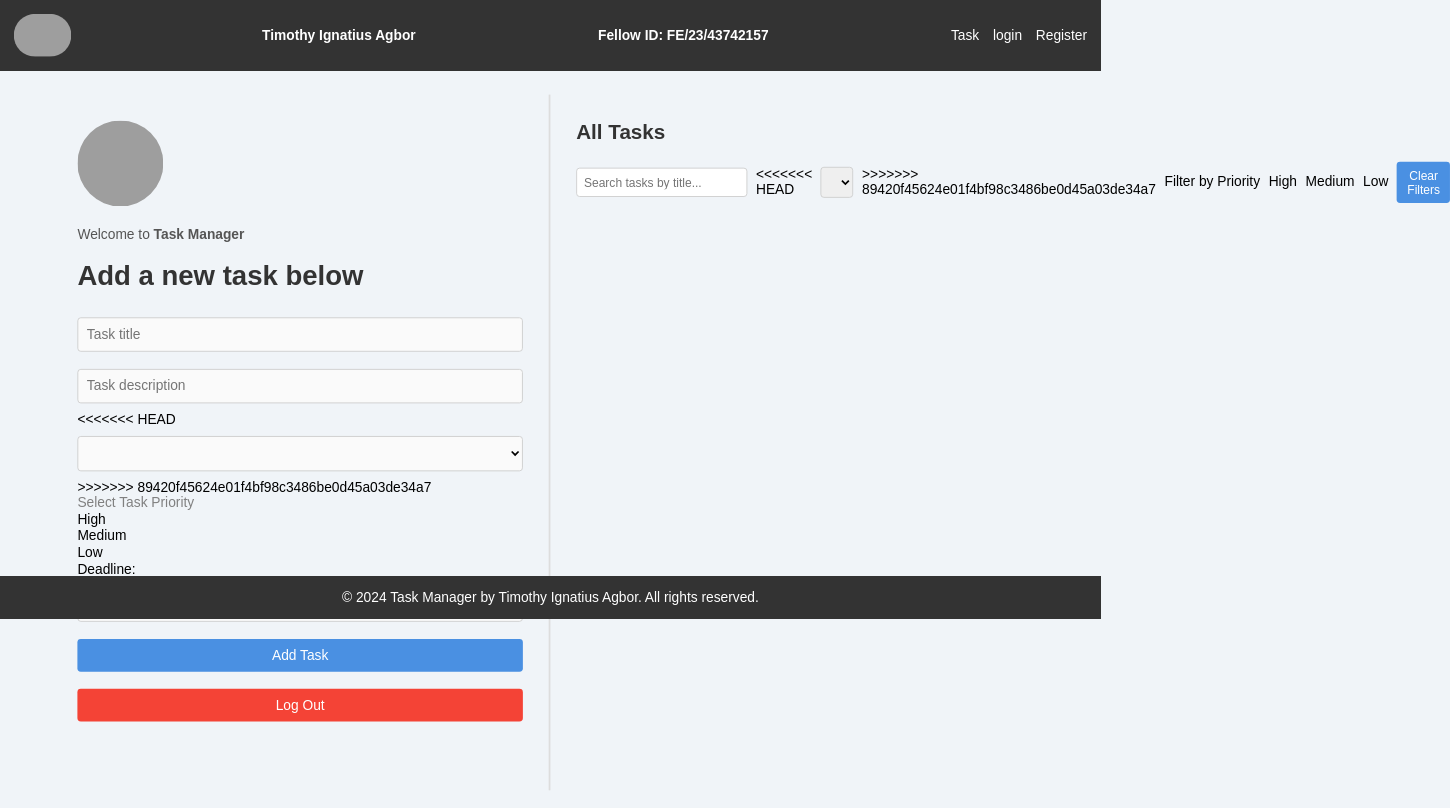
Repository: Evendors/TaskManager-app
Page: task.html
The author's editor kept a copy of each file at every save. The page is drawn from the files as they stood at one save, then again after the next save.
The browser window is 1280 px wide. The page is 1686 px wide, then 1335 px, so the pictures cover 1686 px, including what lies to the right of the window. The pictures show the whole page, at 86% of full size.
Pictures or frames that could not be fetched are drawn as grey boxes. The page's requests for data from a server got no answer.

Above is the page before, as saved 2024-12-02 21:15:03.

After the next save:
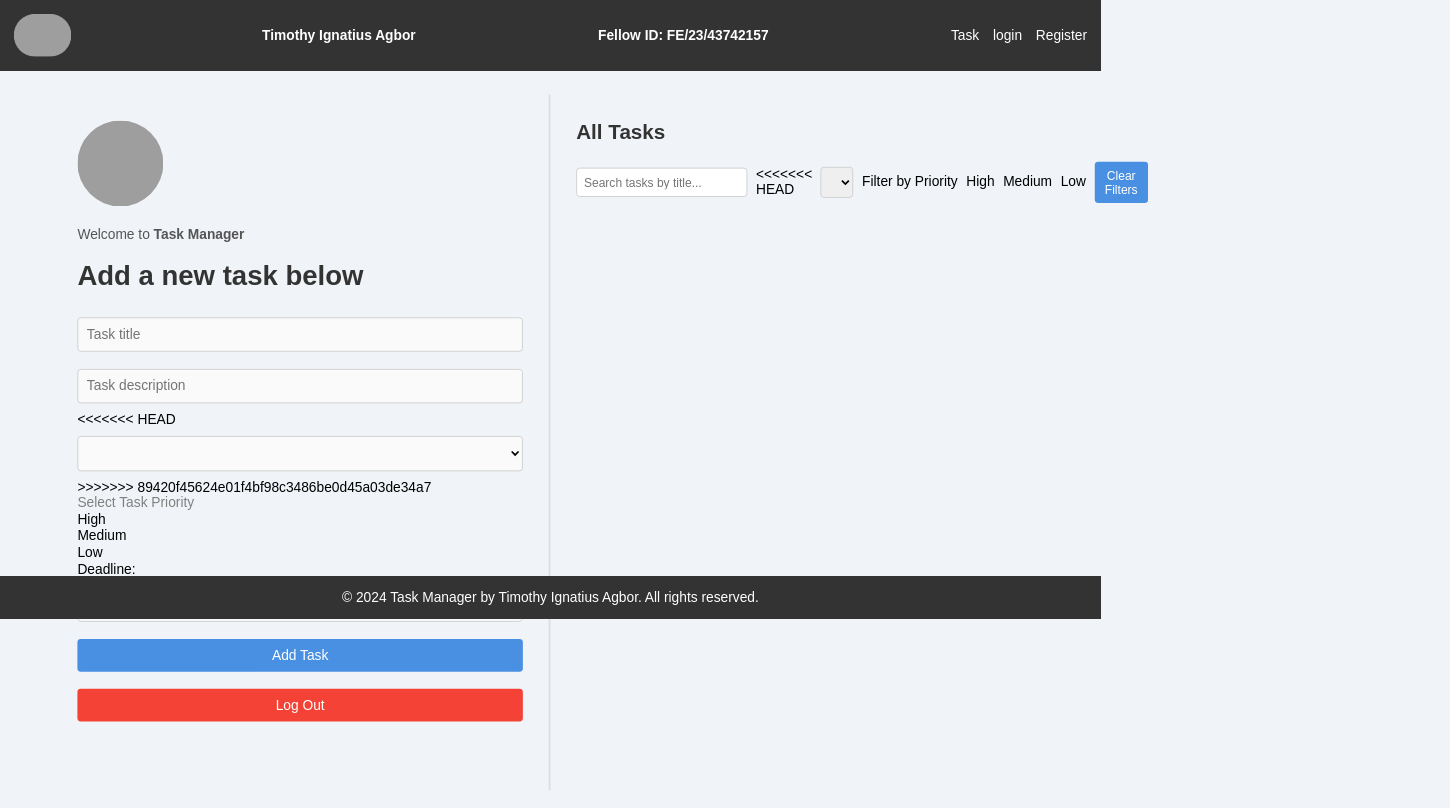
Saved 10 min 18 s later.
--- a/task.html
+++ b/task.html
@@ -76,7 +76,6 @@
   <select id="filterPriority" title="filterPriority">
 =======
   <select id="filterPriority">
->>>>>>> 89420f45624e01f4bf98c3486be0d45a03de34a7
     <option value="" selected>Filter by Priority</option>
     <option value="high">High</option>
     <option value="medium">Medium</option>
